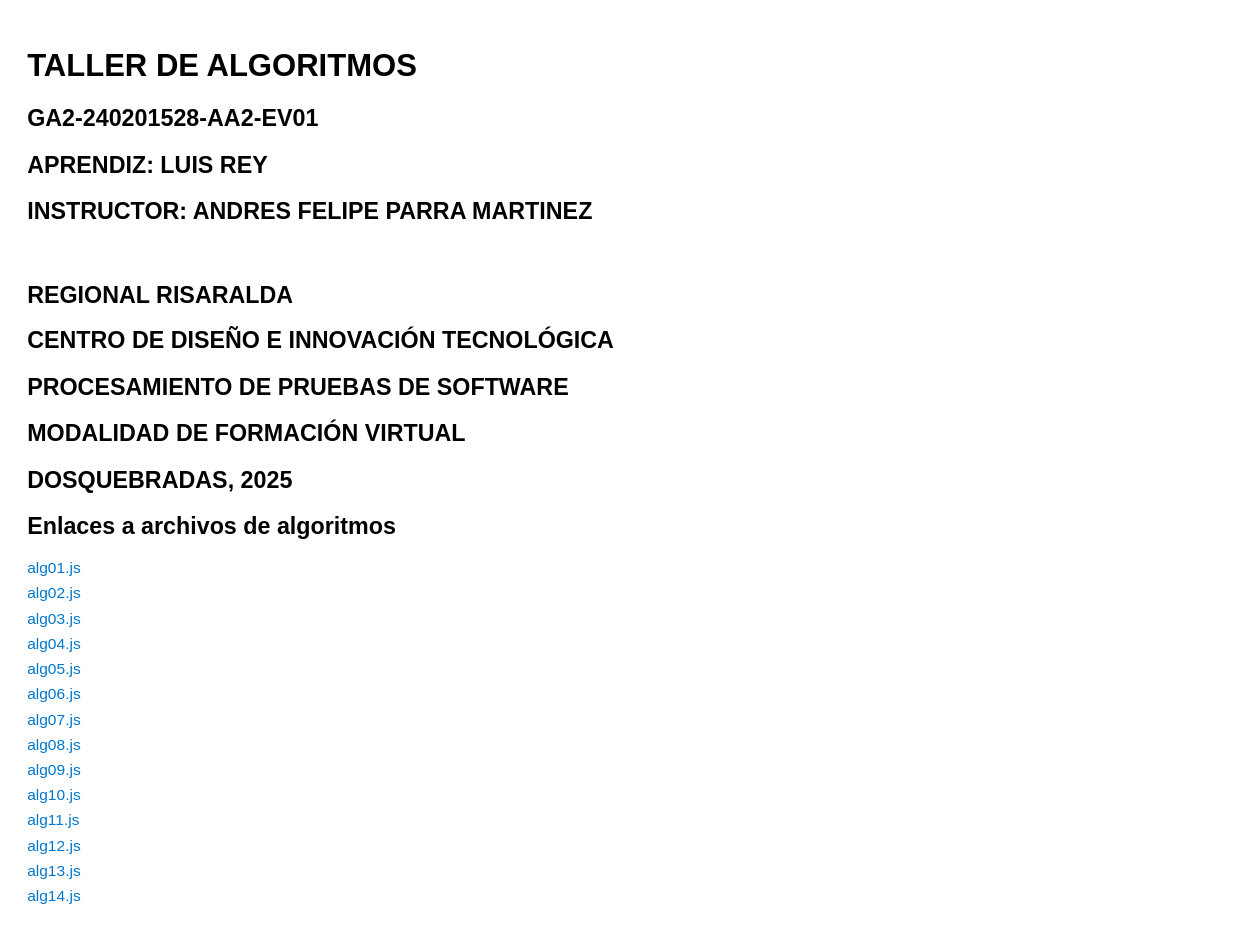
Repository: rlhardrock/SENATallerAlgoritmos01
Page: algoritmo.html
These files come from the project's save history. The page is drawn as it stood at one moment and after the next save; the edit follows.
The browser window is 1280 px wide. The pictures show the whole page, at 97% of full size.

Above is the page before, as saved 2025-04-23 16:18:28.

After the next save:
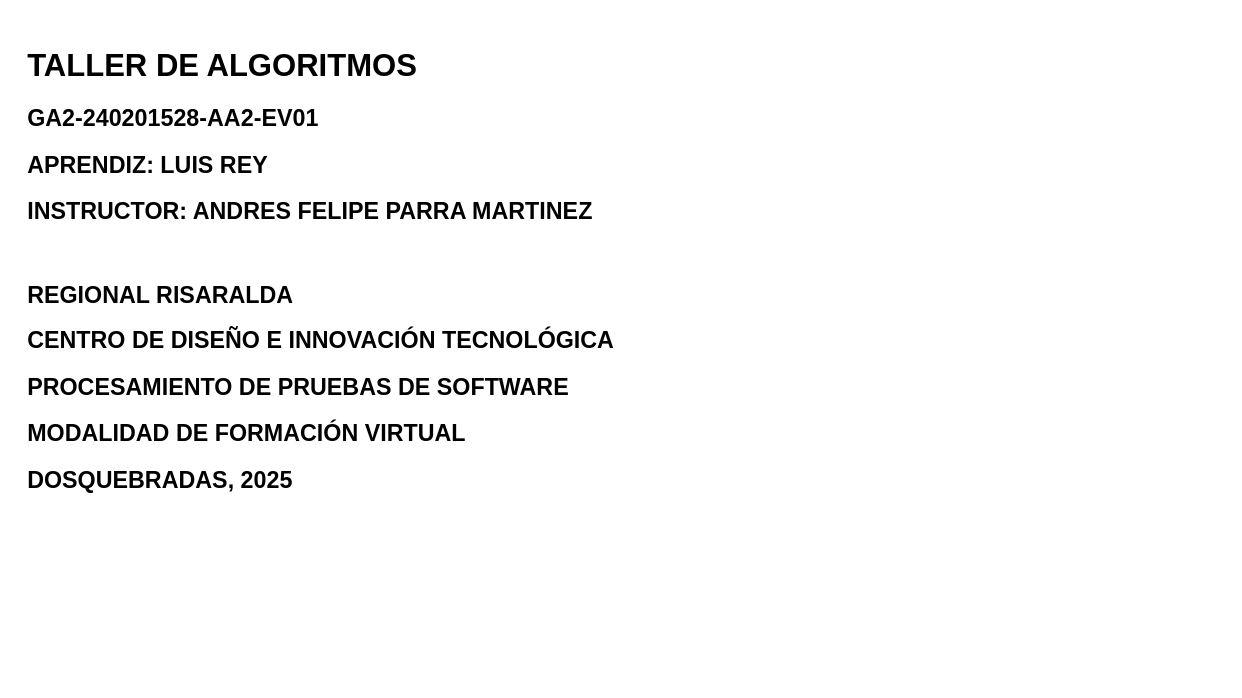
Saved 43 s later.
--- a/algoritmo.html
+++ b/algoritmo.html
@@ -39,23 +39,7 @@
     <h2>DOSQUEBRADAS, 2025</h2>
   </div>
 
-  <h2>Enlaces a archivos de algoritmos</h2>
-  <ul>
-    <li><a href="alg01.js">alg01.js</a></li>
-    <li><a href="alg02.js">alg02.js</a></li>
-    <li><a href="alg03.js">alg03.js</a></li>
-    <li><a href="alg04.js">alg04.js</a></li>
-    <li><a href="alg05.js">alg05.js</a></li>
-    <li><a href="alg06.js">alg06.js</a></li>
-    <li><a href="alg07.js">alg07.js</a></li>
-    <li><a href="alg08.js">alg08.js</a></li>
-    <li><a href="alg09.js">alg09.js</a></li>
-    <li><a href="alg10.js">alg10.js</a></li>
-    <li><a href="alg11.js">alg11.js</a></li>
-    <li><a href="alg12.js">alg12.js</a></li>
-    <li><a href="alg13.js">alg13.js</a></li>
-    <li><a href="alg14.js">alg14.js</a></li>
-  </ul>
+
 
 </body>
 </html>

After the 3 saves that followed:
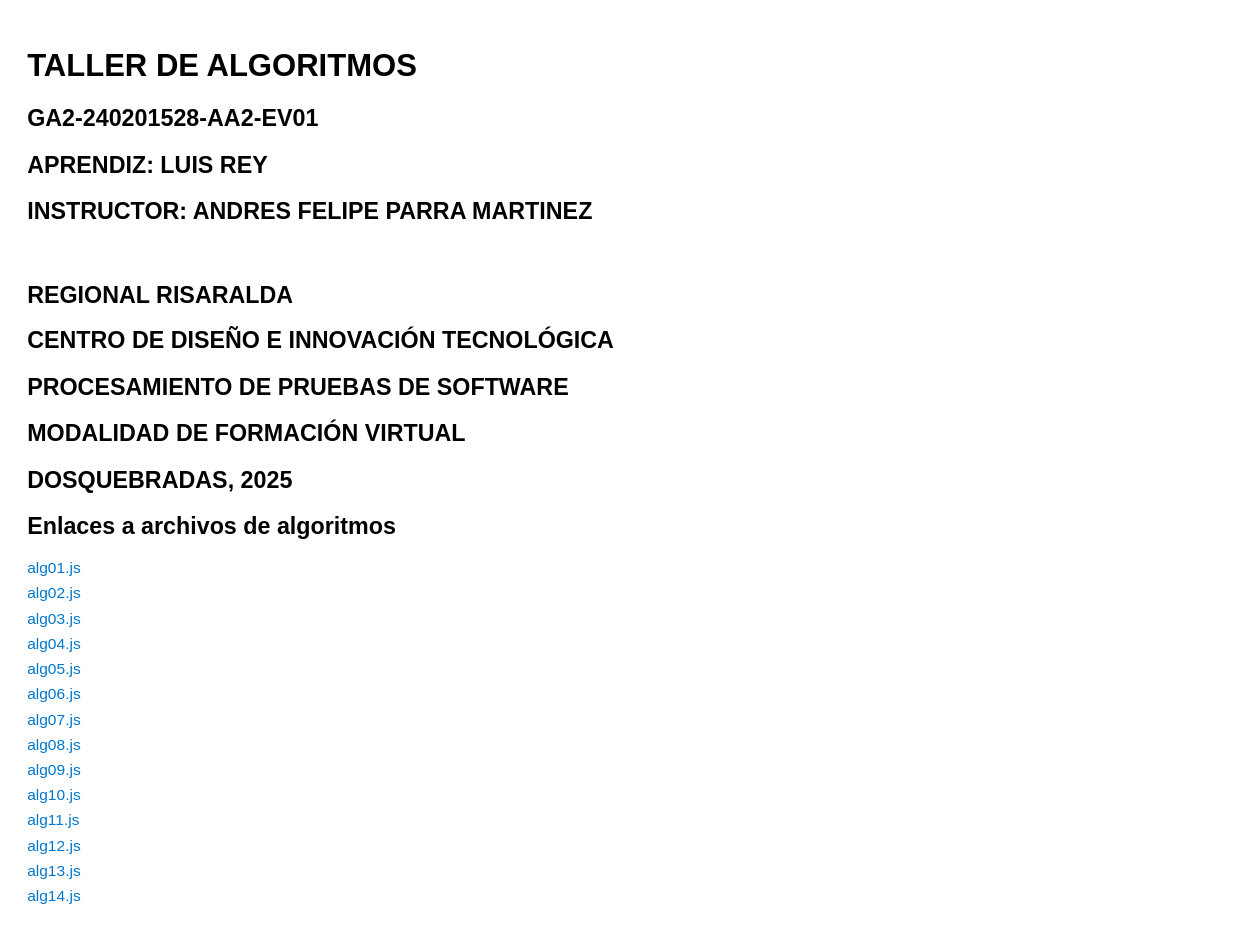
The 3 saves are shown as one change because they came seconds apart.
The last was saved 9 s later.
--- a/algoritmo.html
+++ b/algoritmo.html
@@ -39,7 +39,25 @@
     <h2>DOSQUEBRADAS, 2025</h2>
   </div>
 
-
+  <div>
+    <h2>Enlaces a archivos de algoritmos</h2>
+  <ul>
+    <li><a href="alg01.js">alg01.js</a></li>
+    <li><a href="alg02.js">alg02.js</a></li>
+    <li><a href="alg03.js">alg03.js</a></li>
+    <li><a href="alg04.js">alg04.js</a></li>
+    <li><a href="alg05.js">alg05.js</a></li>
+    <li><a href="alg06.js">alg06.js</a></li>
+    <li><a href="alg07.js">alg07.js</a></li>
+    <li><a href="alg08.js">alg08.js</a></li>
+    <li><a href="alg09.js">alg09.js</a></li>
+    <li><a href="alg10.js">alg10.js</a></li>
+    <li><a href="alg11.js">alg11.js</a></li>
+    <li><a href="alg12.js">alg12.js</a></li>
+    <li><a href="alg13.js">alg13.js</a></li>
+    <li><a href="alg14.js">alg14.js</a></li>
+  </ul>
+  </div>
 
 </body>
 </html>
